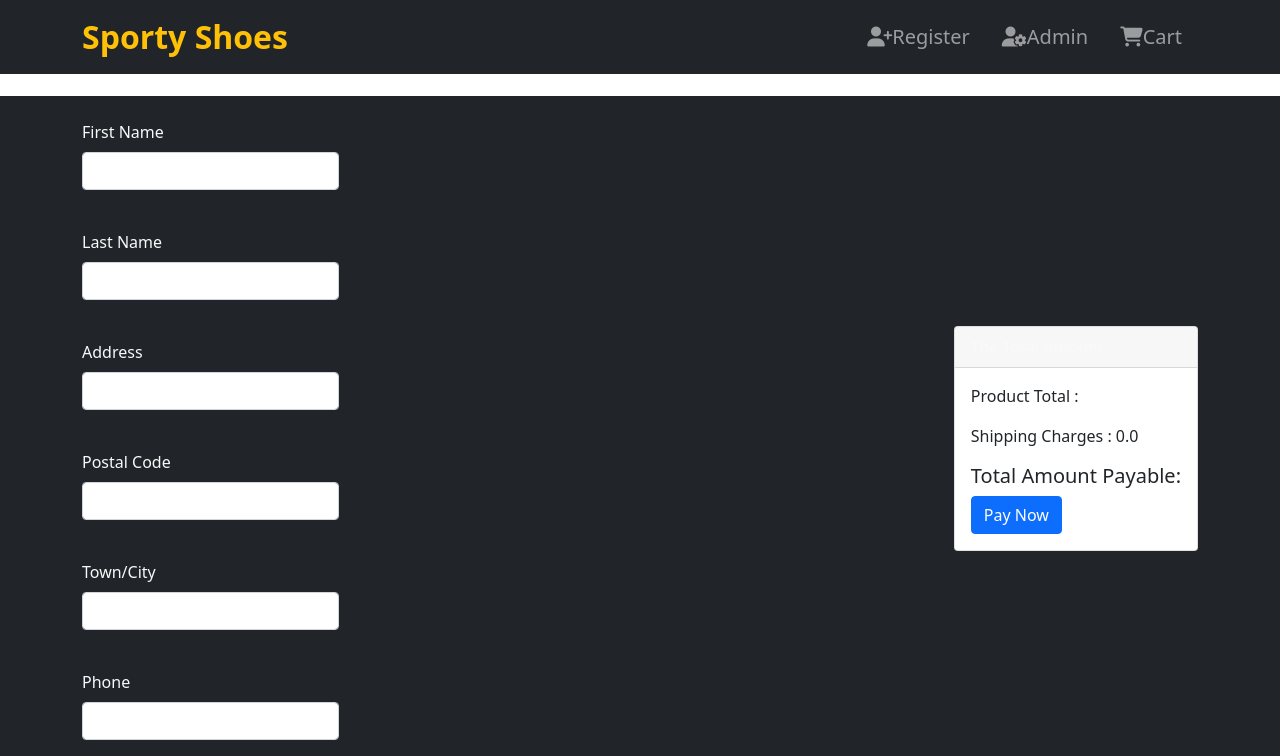
Repository: Niks4u2/SportyShoes
Page: http://localhost/checkout
The author's editor kept a copy of each file at every save. The page is drawn from the files as they stood at one save, then again after the next save.
The browser window is 1280 px wide. The pictures show the whole page.
Some web libraries are served in a nearby version. The page is this project's Thymeleaf template; nobody is signed in. The template is opened directly, without the code that normally fills it, so the values that code supplies are empty.

Above is the page before, as saved 2021-11-10 12:23:51.

### Source Code/sporty-shoes/src/main/resources/templates/checkout.html
<!DOCTYPE html>
<html xmlns:th="http://www.thymeleaf.org"
	xmlns:sec="http://www.thymeleaf.org/thymeleaf-extras-springsecurity3">
<head>
<meta charset="ISO-8859-1">
<title>Cart</title>

    <link rel="stylesheet" href="https://cdnjs.cloudflare.com/ajax/libs/animate.css/4.1.1/animate.min.css" />
    <link href="https://cdn.jsdelivr.net/npm/bootstrap@5.0.2/dist/css/bootstrap.min.css" rel="stylesheet"
        integrity="sha384-EVSTQN3/azprG1Anm3QDgpJLIm9Nao0Yz1ztcQTwFspd3yD65VohhpuuCOmLASjC" crossorigin="anonymous">
    <script src="https://cdn.jsdelivr.net/npm/bootstrap@5.0.2/dist/js/bootstrap.bundle.min.js"
        integrity="sha384-MrcW6ZMFYlzcLA8Nl+NtUVF0sA7MsXsP1UyJoMp4YLEuNSfAP+JcXn/tWtIaxVXM"
        crossorigin="anonymous"></script>
    <script src="https://kit.fontawesome.com/92e9dde9ec.js" crossorigin="anonymous"></script>
<body>
    <!-- Navbar -->
    <nav class="navbar navbar-expand-lg bg-dark navbar-dark fixed-top">
        <div class="container">
            <a href="/" class="navbar-brand text-warning fw-bold fs-2 animate__animated animate__bounce">Sporty Shoes</a>
            <button class="navbar-toggler" type="button" data-bs-toggle="collapse" data-bs-target="#navmenu">
                <span class="navbar-toggler-icon"></span>
            </button>
            <div class="collapse navbar-collapse" id="navmenu">
                <ul class="navbar-nav ms-auto">
                    <li class="nav-item">
                        <a th:href="@{/registration}" class="nav-link lead px-3"><i class="fas fa-user-plus"></i>Register</a>
                    </li>
                    <li class="nav-item">
                        <a th:href="@{/adminregistration}" class="nav-link lead px-3"><i class="fas fa-user-cog"></i>Admin</a>
                    </li>
                    <li class="nav-item">
                        <a th:href="@{/cart}" class="nav-link lead px-3"><i class="fas fa-shopping-cart"></i>Cart</a>
                    </li>
                    <li class="nav-item" sec:authorize="isAuthenticated()">
                    	<span th:text=${cartCount} class="nav-link lead px-3">0</span >
                    </li>
                </ul>
            </div>
        </div>
    </nav>
    <br>
    <br>
    <br>
    <br>

    <!-- Billing Details -->
    <section class="bg-dark text-light p-5 p-lg-0 pt-lg-4 text-center text-sm-start">
        <div class="container">
            <div class="d-sm-flex align-items-center justify-content-between">
                <div class="ml-4 pl-4">
<form>
  <div class="mb-3">
    <label for="exampleInputEmail1" class="form-label">First Name </label>
    <input type="email" class="form-control" id="exampleInputEmail1" aria-describedby="emailHelp">
  </div><br>
    <div class="mb-3">
    <label for="exampleInputEmail1" class="form-label">Last Name </label>
    <input type="email" class="form-control" id="exampleInputEmail1" aria-describedby="emailHelp">
  </div><br>
  <div class="mb-3">
    <label for="exampleInputPassword1" class="form-label">Address </label>
    <input type="text" class="form-control" id="exampleInputPassword1">
  </div><br>
    <div class="mb-3">
    <label for="exampleInputEmail1" class="form-label">Postal Code </label>
    <input type="email" class="form-control" id="exampleInputEmail1" aria-describedby="emailHelp">
  </div><br>
    <div class="mb-3">
    <label for="exampleInputEmail1" class="form-label">Town/City </label>
    <input type="email" class="form-control" id="exampleInputEmail1" aria-describedby="emailHelp">
  </div><br>
    <div class="mb-3">
    <label for="exampleInputEmail1" class="form-label">Phone </label>
    <input type="email" class="form-control" id="exampleInputEmail1" aria-describedby="emailHelp">
    </div>
  <!-- <button type="submit" class="btn btn-primary">Submit</button> -->
</form>
                </div>
<div class="card">
  <div class="card-header">
    The Total Amount
  </div>
  <div class="card-body text-dark">
      <p class="card-text">Product Total : <span th:text=${total}></span ></p>
    <p class="card-text">Shipping Charges : 0.0</p>
    <h5 class="card-title">Total Amount Payable: <span th:text=${total}></span ></h5>
    <a href="#" class="btn btn-primary">Pay Now</a>
  </div>
</div>            </div>
        </div>
    </section>

</body>

After the next save:
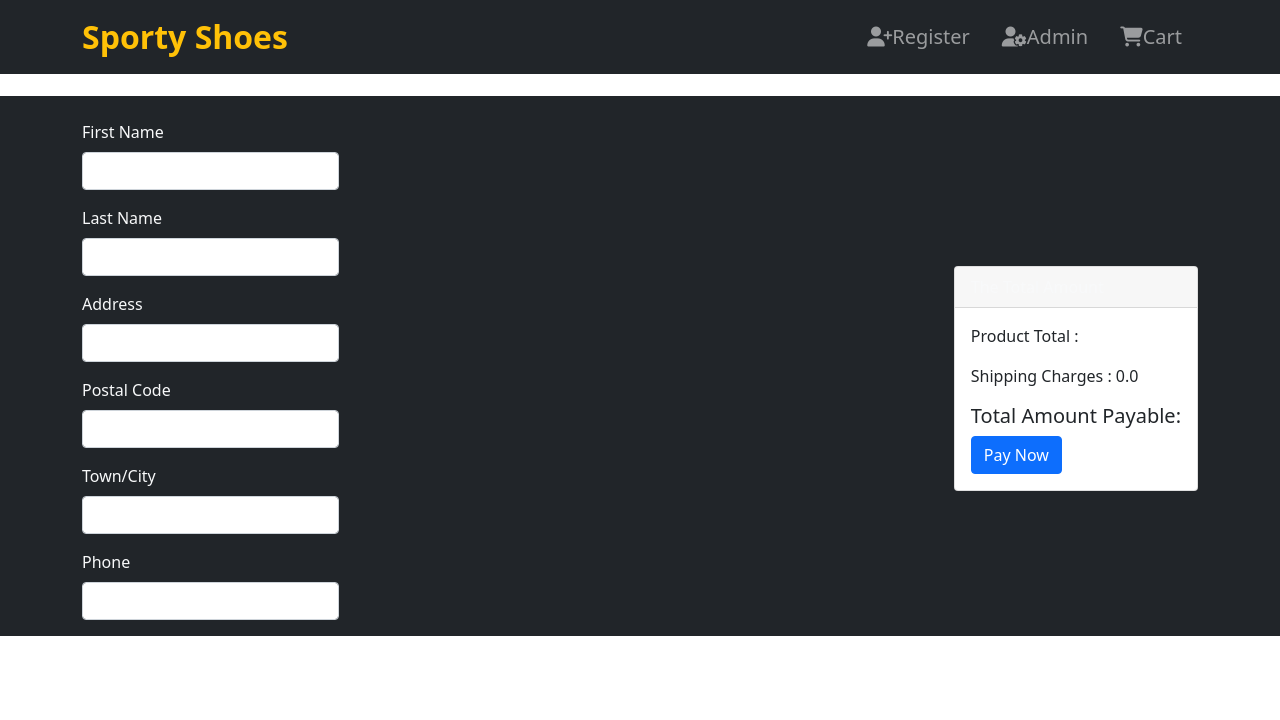
Saved 61 s later.
--- a/Source Code/sporty-shoes/src/main/resources/templates/checkout.html
+++ b/Source Code/sporty-shoes/src/main/resources/templates/checkout.html
@@ -52,23 +52,23 @@
   <div class="mb-3">
     <label for="exampleInputEmail1" class="form-label">First Name </label>
     <input type="email" class="form-control" id="exampleInputEmail1" aria-describedby="emailHelp">
-  </div><br>
+  </div>
     <div class="mb-3">
     <label for="exampleInputEmail1" class="form-label">Last Name </label>
     <input type="email" class="form-control" id="exampleInputEmail1" aria-describedby="emailHelp">
-  </div><br>
+  </div>
   <div class="mb-3">
     <label for="exampleInputPassword1" class="form-label">Address </label>
     <input type="text" class="form-control" id="exampleInputPassword1">
-  </div><br>
+  </div>
     <div class="mb-3">
     <label for="exampleInputEmail1" class="form-label">Postal Code </label>
     <input type="email" class="form-control" id="exampleInputEmail1" aria-describedby="emailHelp">
-  </div><br>
+  </div>
     <div class="mb-3">
     <label for="exampleInputEmail1" class="form-label">Town/City </label>
     <input type="email" class="form-control" id="exampleInputEmail1" aria-describedby="emailHelp">
-  </div><br>
+  </div>
     <div class="mb-3">
     <label for="exampleInputEmail1" class="form-label">Phone </label>
     <input type="email" class="form-control" id="exampleInputEmail1" aria-describedby="emailHelp">
